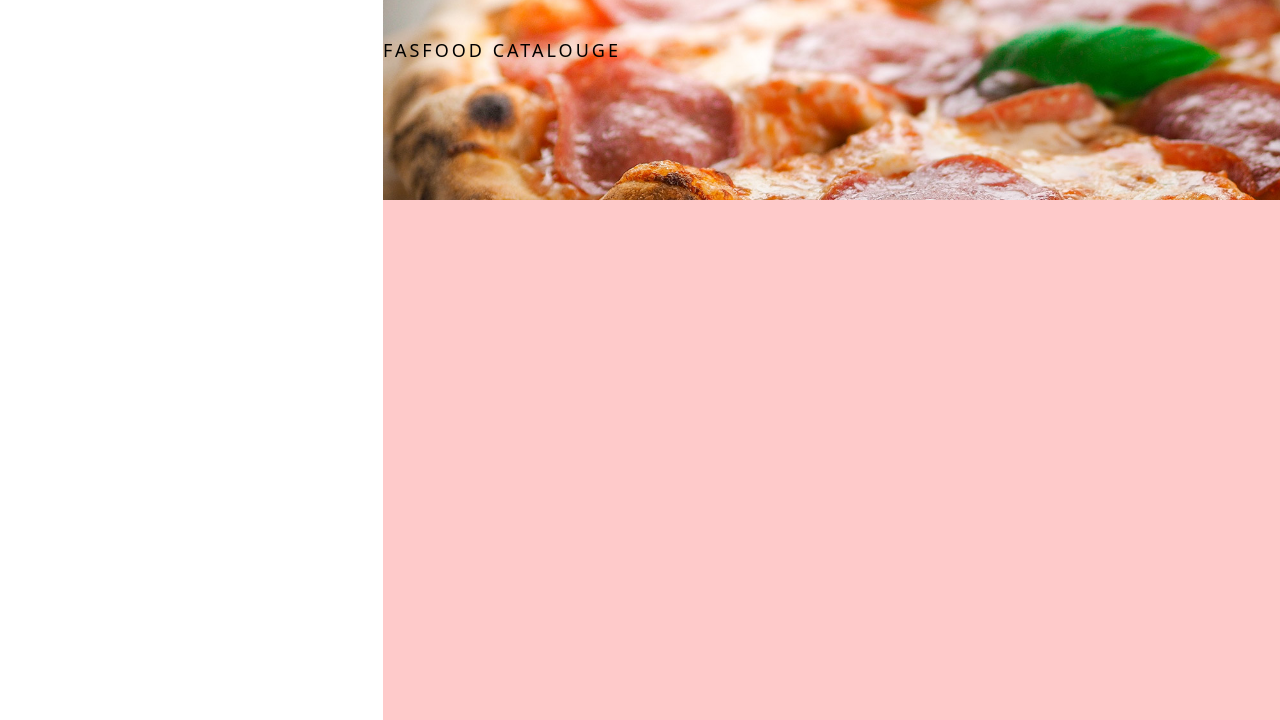
Repository: zahranaserii/FastFoodProject
Page: /
These files come from the project's save history. The page is drawn as it stood at one moment and after the next save; the edit follows.
The browser window is 1280 px wide. The pictures show the whole page.
The project was rebuilt for these pictures with package versions that can differ from the ones it lists, and the page was loaded fresh each time.

Above is the page before, as saved 2023-11-17 11:26:02.

### public/index.html
<!DOCTYPE html>
<html lang="fa" dir="rtl">
  <head>
    <meta charset="utf-8" />
    <meta name="viewport" content="width=device-width, initial-scale=1" />
    <meta name="theme-color" content="#000000" />
    <meta
      name="description"
      content="Web site created using create-react-app"
    />
    <link rel="apple-touch-icon" href="%PUBLIC_URL%/logo192.png" />
    <!--
      manifest.json provides metadata used when your web app is installed on a
      user's mobile device or desktop. See https://developers.google.com/web/fundamentals/web-app-manifest/
    -->
    <link rel="manifest" href="%PUBLIC_URL%/manifest.json" />
    <!--
      Notice the use of %PUBLIC_URL% in the tags above.
      It will be replaced with the URL of the `public` folder during the build.
      Only files inside the `public` folder can be referenced from the HTML.

      Unlike "/favicon.ico" or "favicon.ico", "%PUBLIC_URL%/favicon.ico" will
      work correctly both with client-side routing and a non-root public URL.
      Learn how to configure a non-root public URL by running `npm run build`.
    -->
    <title>React App</title>
  </head>
  <body>
    <noscript>You need to enable JavaScript to run this app.</noscript>
    <div id="root"></div>
    <!--
      This HTML file is a template.
      If you open it directly in the browser, you will see an empty page.

      You can add webfonts, meta tags, or analytics to this file.
      The build step will place the bundled scripts into the <body> tag.

      To begin the development, run `npm start` or `yarn start`.
      To create a production bundle, use `npm run build` or `yarn build`.
    -->
  </body>
</html>

### src/App.js
import "./App.css";
import Header from "./Header/Header";

function App() {
  return (
    <div className="bg-red-200 max-w-5xl container">
      <Header />
    </div>
  );
}

export default App;

### src/Header/Header.jsx
import React from "react";
import "./header.css";
const Header = () => {
  return (
    <header className="bg-cover bg-center">
      <div className="container pt-9">
        <h1 className="text-black text-lg text-end uppercase">
          fasfood catalouge
        </h1>
      </div>
    </header>
  );
};

export default Header;

### src/Header/header.css
header {
  height: 200px;
  background: url("../assets/images/PIZZA-COVER.jpg");
  letter-spacing: 3px;
}

Loaded but not shown: src/index.js (common file); src/index.css (common file); src/App.css (common file); tailwind.config.js (common file)

After the next save:
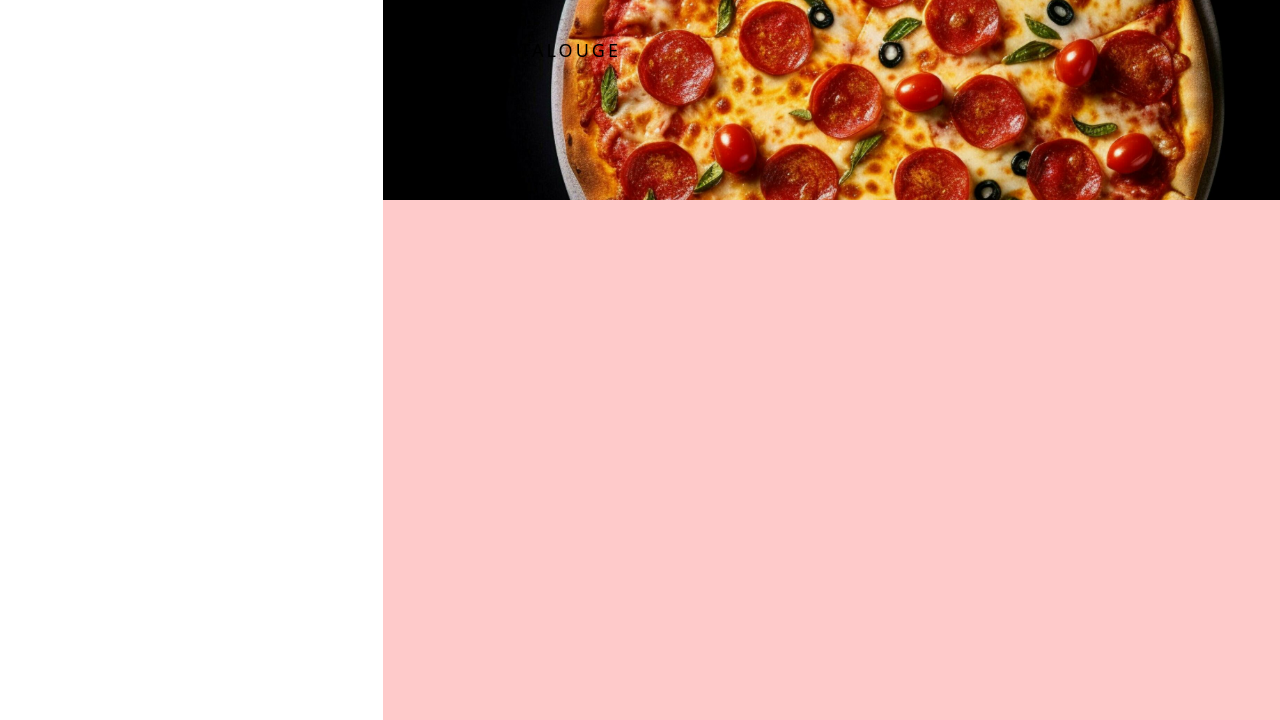
Saved 52 s later.
--- a/src/Header/header.css
+++ b/src/Header/header.css
@@ -1,5 +1,5 @@
 header {
   height: 200px;
-  background: url("../assets/images/PIZZA-COVER.jpg");
+  background: url("../assets/images/of-pizza-with-no-background-free-photo.jpg");
   letter-spacing: 3px;
 }
